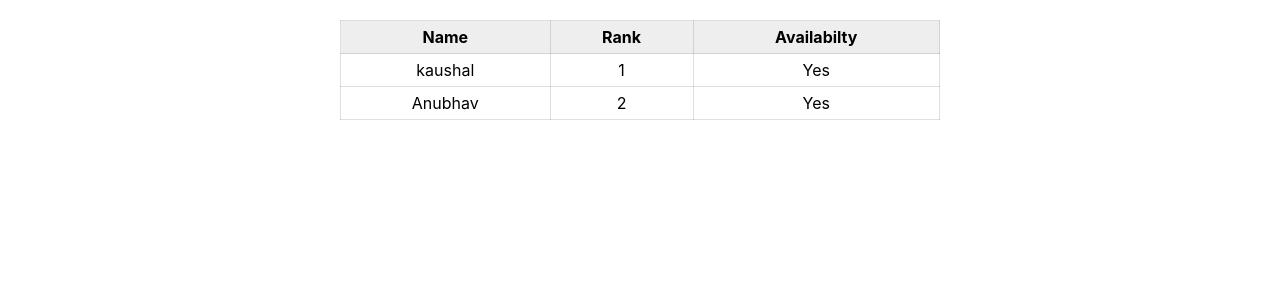
Repository: Anubhavgarg/pomelopay
Page: / (app in my-app/)
The author's editor kept a copy of each file at every save. The page is drawn from the files as they stood at one save, then again after a run of saves.
The browser window is 1280 px wide. The pictures show the whole page.
The project was rebuilt for these pictures with package versions that can differ from the ones it lists, and the page was loaded fresh each time.

Above is the page before, as saved 2020-02-21 22:34:39.

### my-app/src/App.js
import React from 'react';
import './App.css';

function App() {
  const [itemList, setItemList] = React.useState({
    list: []
  });
  React.useEffect(() => {
    fetch('http://localhost:3000/App.json')
      .then(results => results.json())
      .then(data => {
        console.log("data:", data);
        setItemList({ ...itemList, list: data.response });
      });
  }, []);
  return (
    <div className="App">
      <table>
        <thead>
          <tr>
            <th>Name</th>
            <th>Rank</th>
            <th>Availabilty</th>
          </tr>
        </thead>
        <tbody>
          {
            itemList.list.map(item => {
              return (
                <tr key={item._id}>
                  <td>{item.name}</td>
                  <td>{item.rank}</td>
                  <td>{item.available ? "Yes" : "No"}</td>
                </tr>
              )
            })
          }

        </tbody>
      </table>
    </div>
  );
}

export default App;

### my-app/src/App.css
.App {
  text-align: center;
}

table{
  width: 100%;
  max-width: 600px;
  margin: 20px auto;
  border-collapse: collapse;
}

table, th, td {
  border: 1px solid rgba(102,102,102,0.2);
}
th,td{
  padding: 6px 10px;
}
th{
  background-color: #eee;
}

### my-app/public/App.json
{
    "response": [
        {
            "name": "kaushal",
            "rank": 1,
            "available": true,
            "_id": "123"
        },
        {
            "name": "Anubhav",
            "rank": 2,
            "available": true,
            "_id": "321"
        }
    ]
}

Loaded but not shown: my-app/public/index.html (common file); my-app/src/index.js (common file); my-app/src/index.css (common file); my-app/src/serviceWorker.js (common file)

After the next 5 saves:
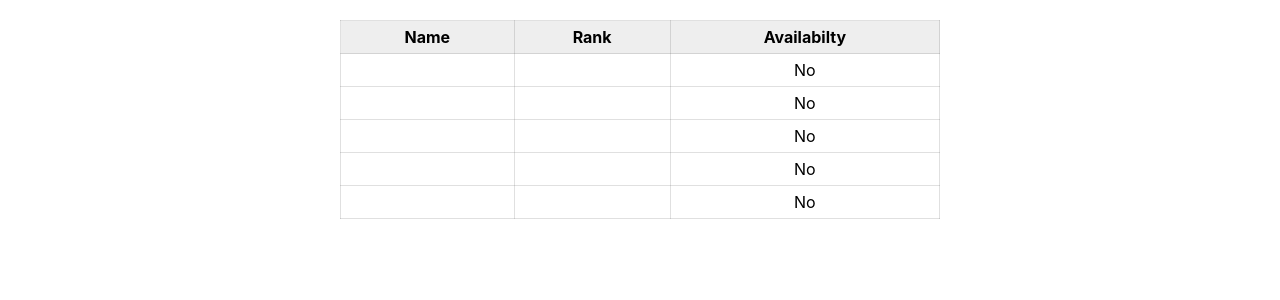
The 5 saves are shown as one change because 4 did not build or start.
The last was saved 101 min 20 s later.
--- a/my-app/public/App.json
+++ b/my-app/public/App.json
@@ -1,16 +1,33 @@
 {
-    "response": [
-        {
-            "name": "kaushal",
-            "rank": 1,
-            "available": true,
-            "_id": "123"
-        },
-        {
-            "name": "Anubhav",
-            "rank": 2,
-            "available": true,
-            "_id": "321"
-        }
-    ]
+    "response": [{
+        "presentBalance": 10000,
+        "merchantFee": 50,
+        "previousBalance": 5000,
+        "lastAmountDeducted": 5000,
+        "deductBalance": 0
+    }, {
+        "presentBalance": 100000,
+        "merchantFee": 50,
+        "previousBalance": 5000,
+        "lastAmountDeducted": 5000,
+        "deductBalance": 0
+    }, {
+        "presentBalance": 50000,
+        "merchantFee": 50,
+        "previousBalance": 5000,
+        "lastAmountDeducted": 5000,
+        "deductBalance": 0
+    }, {
+        "presentBalance": 300000,
+        "merchantFee": 50,
+        "previousBalance": 5000,
+        "lastAmountDeducted": 5000,
+        "deductBalance": 0
+    }, {
+        "presentBalance": 34000,
+        "merchantFee": 50,
+        "previousBalance": 5000,
+        "lastAmountDeducted": 5000,
+        "deductBalance": 0
+    }]
 }
